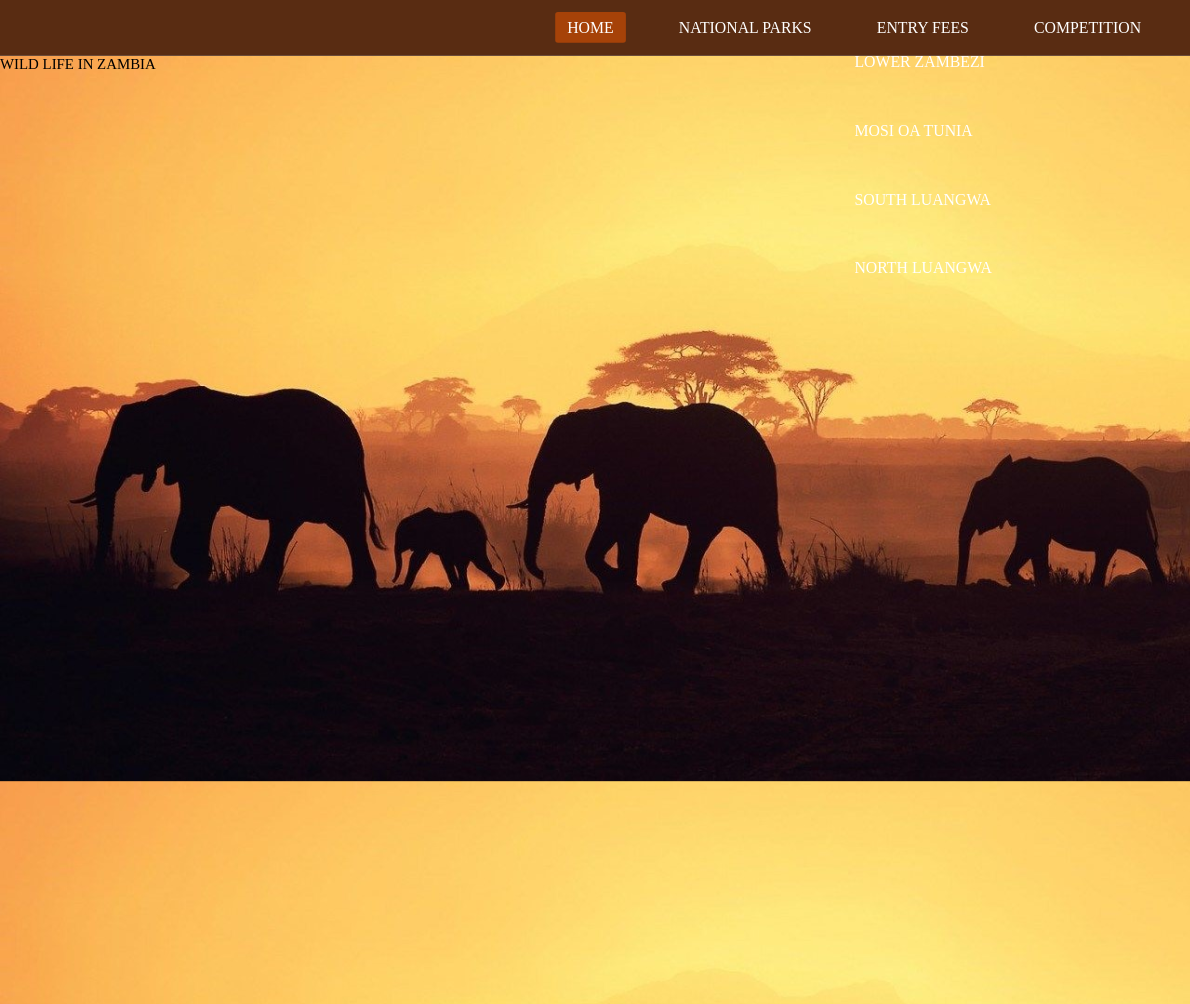
Repository: Lungdjos/web_assignment_3rd_yr
Page: home/index.html
These files come from the project's save history. The page is drawn as it stood at one moment and after the next save; the edit follows.
The browser window is 1280 px wide. The pictures show the whole page, at 93% of full size.
Some web libraries are served in a nearby version.

Above is the page before, as saved 2021-06-17 18:09:34.

### home/index.html
<!DOCTYPE html>
<html lang="en">

<head>
    <meta charset="UTF-8">
    <meta http-equiv="X-UA-Compatible" content="IE=edge">
    <meta name="viewport" content="width=device-width, initial-scale=1.0">
    <link rel="stylesheet" href="index.css">


    <title>Home</title>
    <script src="https://kit.fontawesome.com/a076d05399.js"></script>
</head>

<body>
    <nav>
        <input type="checkbox" id="check">
        <label for="check" class="checkbtn">
            <i class="fas fa-bars"></i>
        </label>
        <label class="logo">  </label>

        <ul>
            <li><a class="active" href="#">Home</a></li>
            <li><a href="#">National Parks</a>
                <ul>
                    <li>
                        <a href="/national parks/lower_zambezi/Lower_Zambezi.html">Lower Zambezi</a>
                    </li>
                    <li>
                        <a href="/national parks/mosi-oa-tunia/Mosi-oa-Tunya.html">Mosi oa Tunia</a>
                    </li>
                    <li>
                        <a href="/national parks/south_luangwa/South_Luangwa.html">South Luangwa</a>
                    </li>
                    <li>
                        <a href="/national parks/north_luangwa/North_Luangwa.html">North Luangwa</a>
                    </li>
                </ul>
            </li>
            <li><a href="/entry fee/entry_fee.html">Entry Fees</a></li>
            <li><a href="/competition/competition.html">Competition</a></li>

        </ul>
    </nav>
    <section>
        <p class="welcome">WILD LIFE IN ZAMBIA</p>
    </section>




</body>

</html>

### home/index.css
* {
    padding: 0;
    margin: 0;
    text-decoration: none;
    box-sizing: border-box;
}

body {
    font-family: montserrat;
}

nav {
    background: #592C12;
    height: 60px;
    width: 100%;
}

label.logo {
    color: white;
    font-size: 35;
    line-height: 60px;
    padding: 0 100px;
    font-weight: bold;
}

nav ul {
    float: right;
    margin-right: 20px;
}

nav ul li {
    display: inline-block;
    line-height: 60px;
    margin: 0 20px;
}

nav ul li a {
    color: white;
    font-size: 17px;
    padding: 7px 13px;
    border-radius: 3px;
    text-transform: uppercase;
}

a.active,
a:hover {
    background: #A64208;
    transition: 0.5s;
}

.checkbtn {
    font-size: 30px;
    color: white;
    float: right;
    line-height: 60px;
    margin-right: 40px;
    cursor: pointer;
    display: none;
}

#check {
    display: none;
}

@media (max-width: 1080px) {
    label.logo {
        font-size: 30px;
        padding-left: 50px;
    }
    nav ul li a {
        font-size: 16px;
    }
}

@media (max-width: 1080px) {
    .checkbtn {
        display: block;
    }
    ul {
        position: fixed;
        width: 100%;
        height: 100vh;
        background: #592C12;
        top: 80px;
        left: -100%;
        text-align: center;
        transition: all 0.5s;
    }
    nav ul li {
        display: block;
        margin: 50px 0;
        line-height: 20px;
    }
    nav ul li a {
        font-size: 20px;
        font-family: Arial, Helvetica, sans-serif;
    }
    a:hover,
    a.active {
        background: none;
        color: #F2D1B3;
    }
    #check:checked~ul {
        left: 0;
    }
}

section {
    background: url(/assets/images/elephants.jpg);
    background-size: no repeat;
    height: calc(150vh - 60px);
}


/**New Content Added*/


/*nav ul li ul a {
    display: block;
    padding: 0 15px;
    color: white;
    text-decoration: none;
}*/

nav ul li:hover>ul {
    display: block;
}

nav ul ul {
    position: absolute;
    top: 30px;
    list-style-type: none;
    display: inline-block;
    line-height: 60px;
}

nav ul ul a {
    width: 100%;
    float: none;
    display: list-item;
    position: relative;
}

nav ul ul li a {
    display: list-item;
    list-style-type: none;
    position: inherit;
}

After the next save:
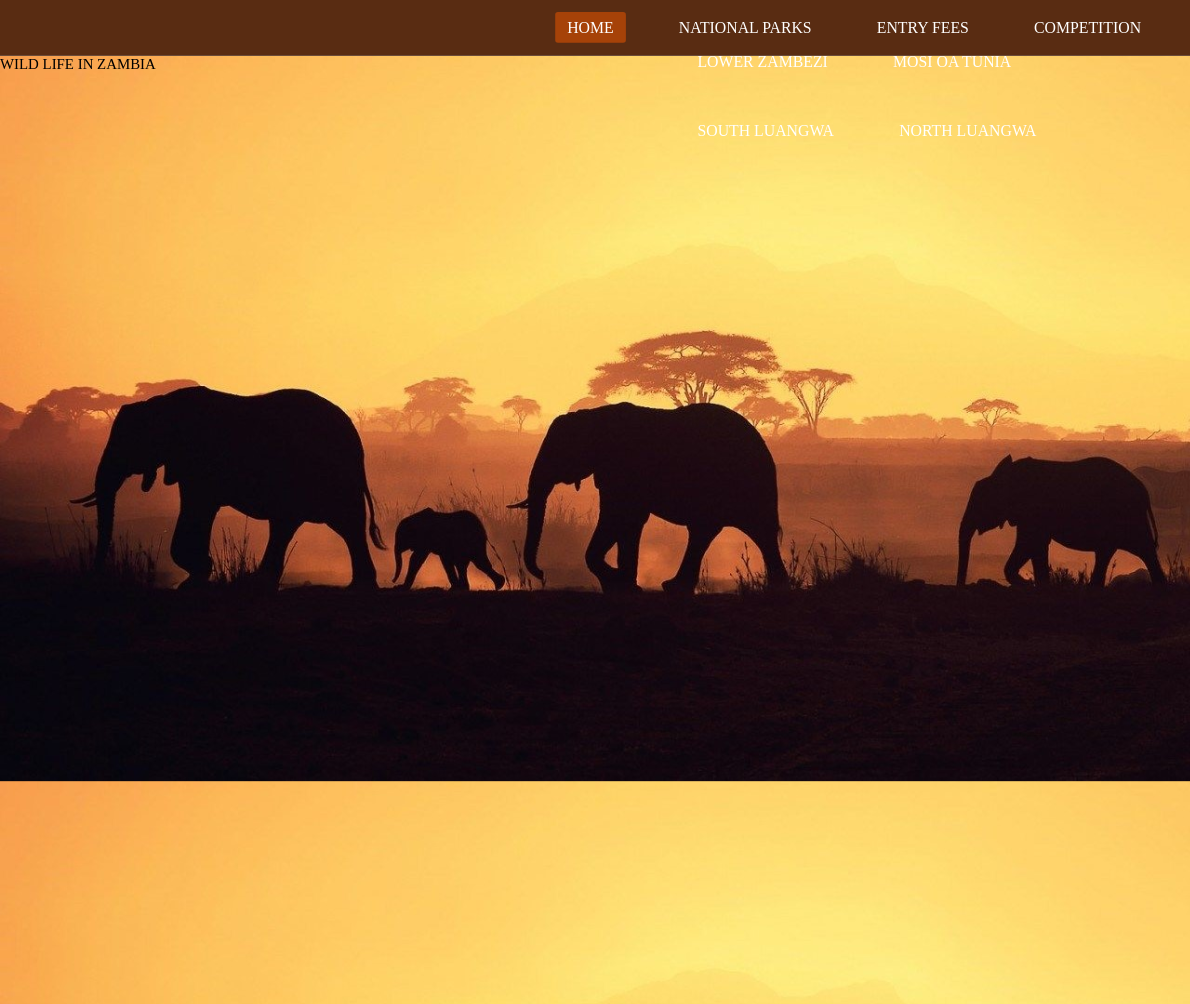
Saved 91 s later.
--- a/home/index.css
+++ b/home/index.css
@@ -129,9 +129,6 @@
 nav ul ul {
     position: absolute;
     top: 30px;
-    list-style-type: none;
-    display: inline-block;
-    line-height: 60px;
 }
 
 nav ul ul a {

After the 3 saves that followed:
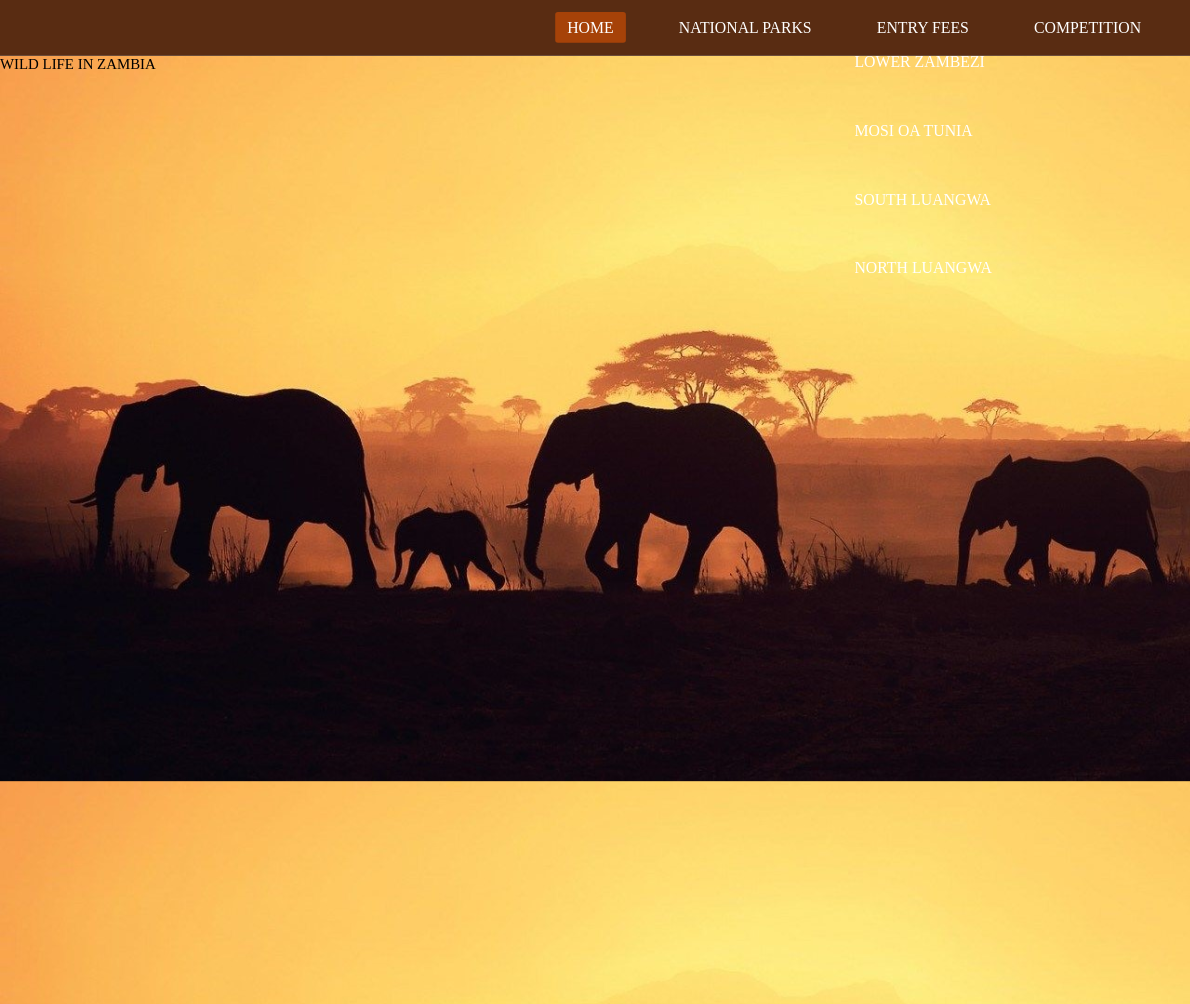
The 3 saves are shown as one change because 2 left the picture as it was.
The last was saved 23 s later.
--- a/home/index.css
+++ b/home/index.css
@@ -129,6 +129,9 @@
 nav ul ul {
     position: absolute;
     top: 30px;
+    list-style-type: none;
+    display: inline-block;
+    line-height: 60px;
 }
 
 nav ul ul a {
